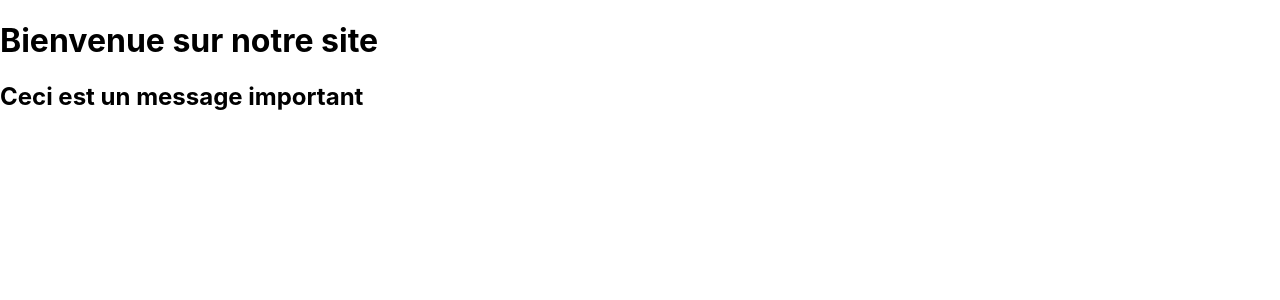
Repository: Salah-R12/react-app12-12
Page: /
The author's editor kept a copy of each file at every save. The page is drawn from the files as they stood at one save, then again after the next save.
The browser window is 1280 px wide. The pictures show the whole page.
The project was rebuilt for these pictures with package versions that can differ from the ones it lists, and the page was loaded fresh each time.

Above is the page before, as saved 2023-12-26 21:07:45.

### src/App.js
import React from 'react';
import Compteur from './Compteur'
import Message from './Message';

function App() {
  return (

    <div className="App">
      <h1>Bienvenue sur notre site</h1>

      <Message text="Ceci est un message important" />
    </div>
  );
}

export default App;

### src/Message.js
// Home.js
import React from 'react';

function Message(props) {
  return <h2>{props.text}</h2>;
}

export default Message;

### src/Compteur.js
import { useState, useEffect } from 'react';

function Compteur() {
  const compteur = useCompteur(0); // Démarre le compteur à 0

  return <div>Compteur: {compteur}</div>;
}

function useCompteur(initialValue) {
  const [compteur, setCompteur] = useState(initialValue);

  useEffect(() => {
    // Crée un intervalle qui s'exécute toutes les 1000 millisecondes (1 seconde)
    const interval = setInterval(() => {
      // Incrémente la valeur de 'compteur' de 1 à chaque intervalle
      setCompteur((c) => c + 1);
    }, 1000);

    // Retourne une fonction de nettoyage qui arrête l'intervalle
    // quand le composant utilisant ce Hook est démonté
    return () => clearInterval(interval);
  }, []);

  return compteur;
}

export default Compteur;

Loaded but not shown: public/index.html (common file); src/index.js (common file); src/index.css (common file); src/reportWebVitals.js (common file)

After the next save:
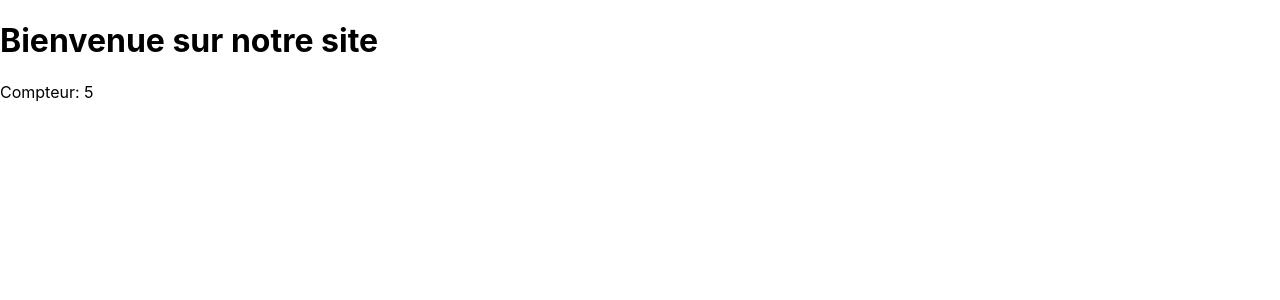
Saved 53 s later.
--- a/src/App.js
+++ b/src/App.js
@@ -5,10 +5,11 @@ import Message from './Message';
 function App() {
   return (
 
+
     <div className="App">
       <h1>Bienvenue sur notre site</h1>
-
-      <Message text="Ceci est un message important" />
+      <Compteur />
+      <Message texte="Ceci est un message important" />
     </div>
   );
 }
